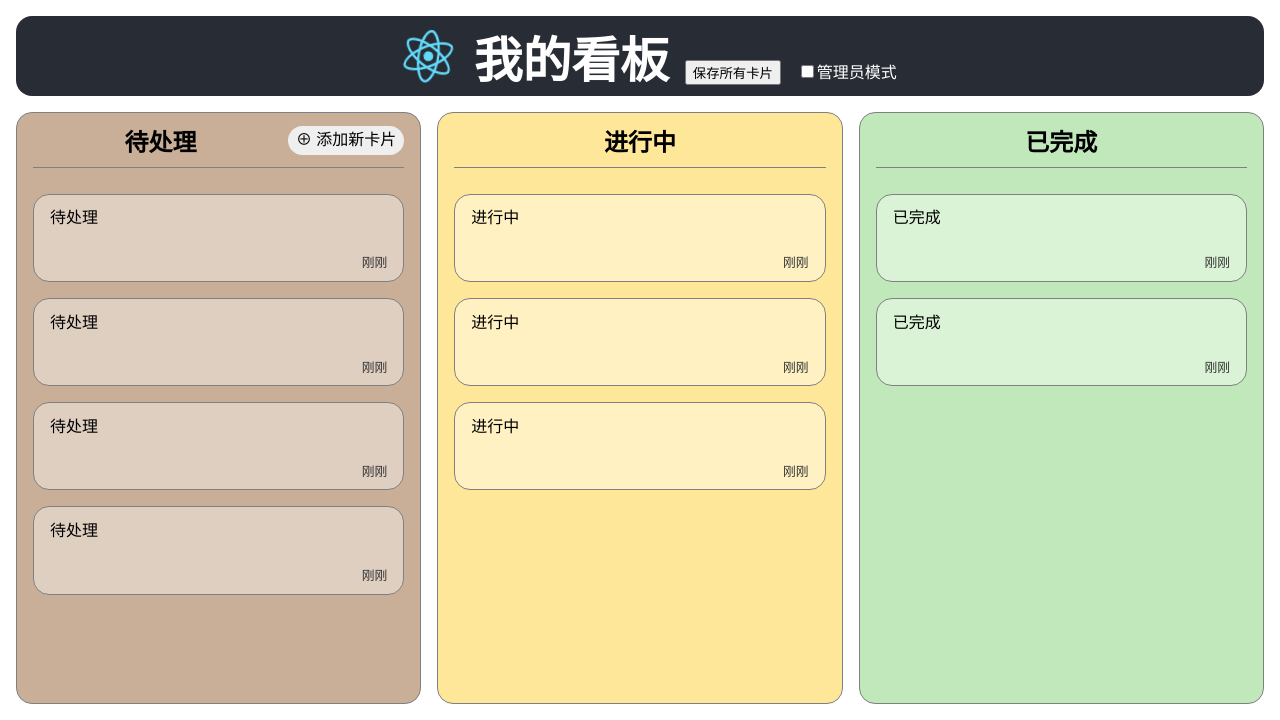
Repository: joannau/kanbanBoard_Vite
Page: /
The author's editor kept a copy of each file at every save. The page is drawn from the files as they stood at one save, then again after the next save.
The browser window is 1280 px wide. The pictures show the whole page.
The project was rebuilt for these pictures with package versions that can differ from the ones it lists, and the page was loaded fresh each time. Also part of the build but not shown: vite.config.js, src/components/KanbanNewCard.jsx.

Above is the page before, as saved 2023-07-17 19:15:48.

After the next save:
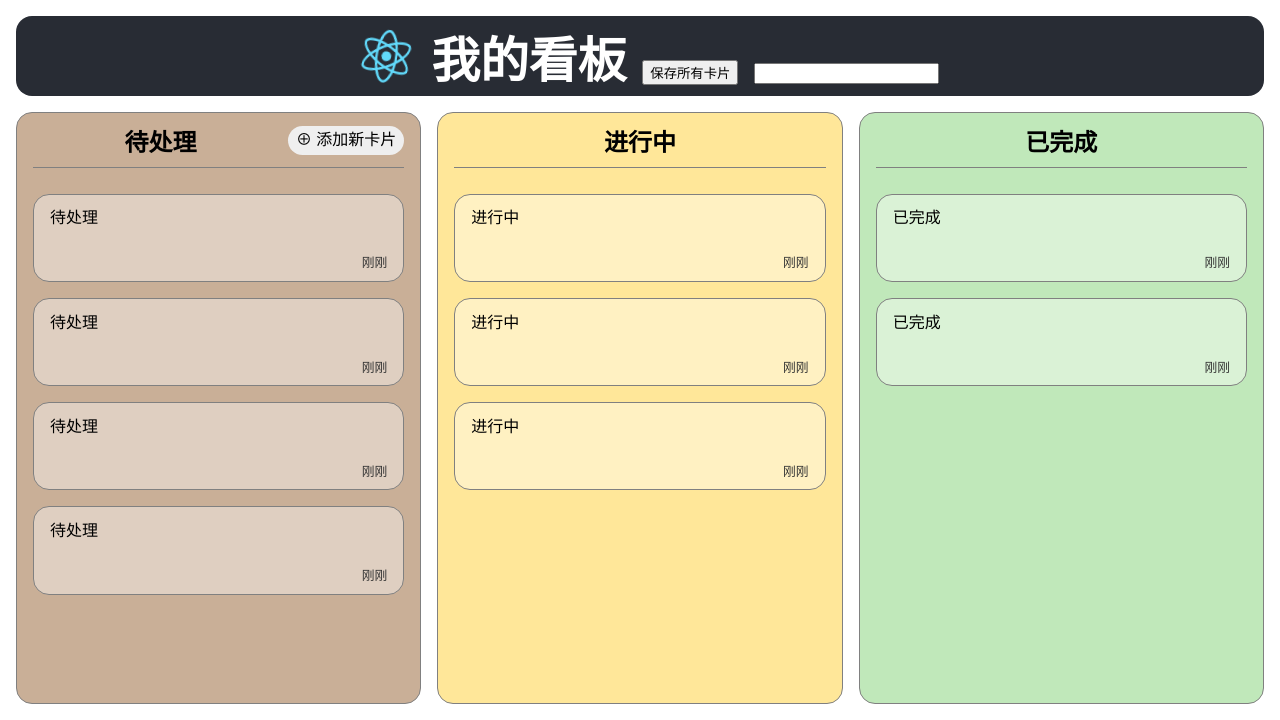
Saved 51 s later.
--- a/src/components/App.jsx
+++ b/src/components/App.jsx
@@ -50,9 +50,13 @@
         <h1>
           我的看板
           <button onClick={handleSaveAll}>保存所有卡片</button>
-          <label>
+          {/* <label>
             <input type="checkbox" value={isAdmin} onChange={handleToggleAdmin} />
             管理员模式
+          </label> */}
+
+          <label>
+            <input type="text"/>
           </label>
         </h1>
         <img src={logo} className="App-logo" alt="logo" />

After the 2 saves that followed:
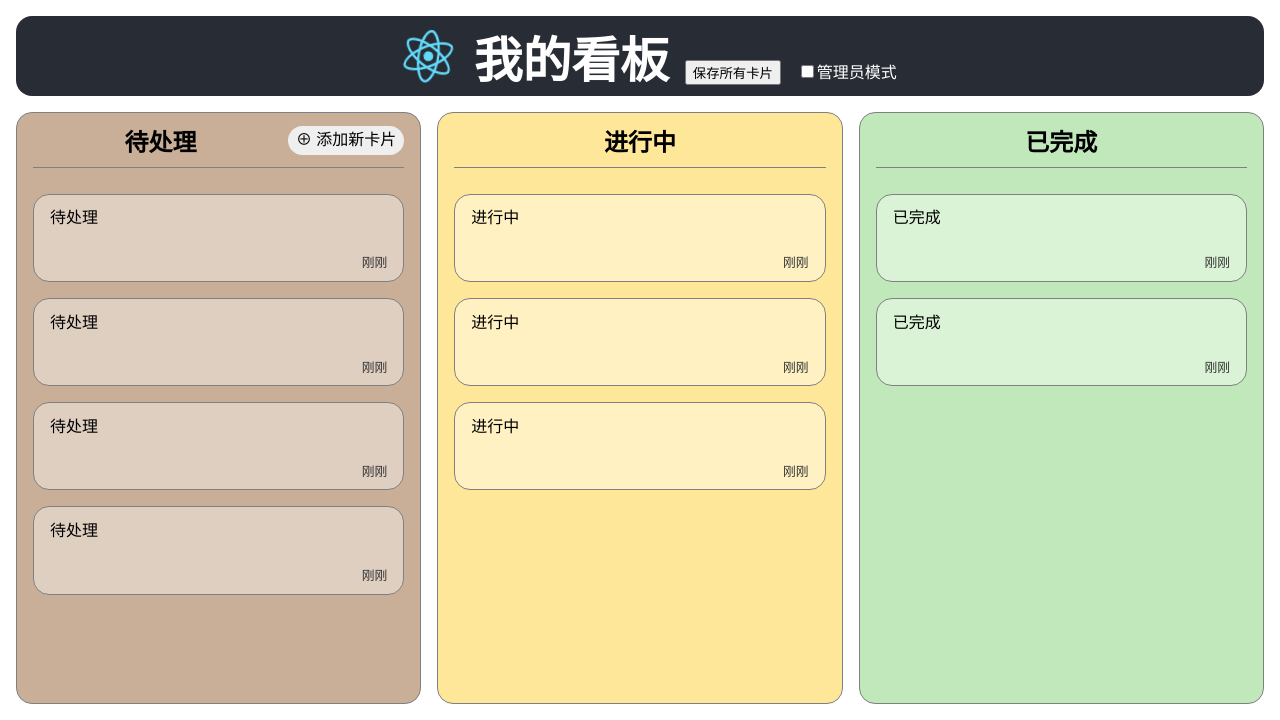
The 2 saves are shown as one change because 1 left the picture as it was.
The last was saved 9 min 58 s later.
--- a/src/components/App.jsx
+++ b/src/components/App.jsx
@@ -50,13 +50,9 @@
         <h1>
           我的看板
           <button onClick={handleSaveAll}>保存所有卡片</button>
-          {/* <label>
+          <label>
             <input type="checkbox" value={isAdmin} onChange={handleToggleAdmin} />
             管理员模式
-          </label> */}
-
-          <label>
-            <input type="text"/>
           </label>
         </h1>
         <img src={logo} className="App-logo" alt="logo" />
